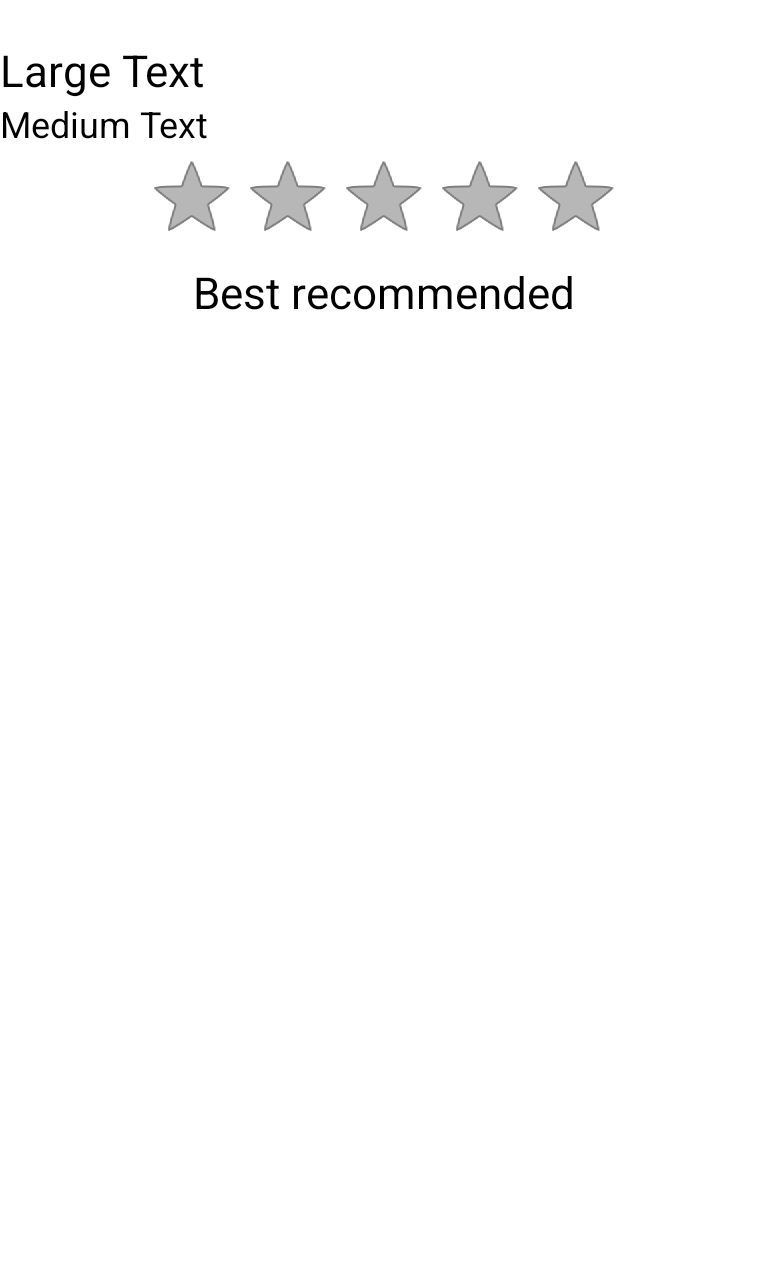
Repository: yash256/atnt
Layout: Farmdroid/res/layout/market_details.xml
An editor plug-in stored every save of this project. The layout is shown before and after the next save, followed by the edit.
It is drawn on a 768 x 1280 px phone screen (xhdpi) without system bars, with theme AppTheme; the app's code is not run. Lists and similar views that code fills are empty.

Above is the layout before, as saved 2014-11-10 04:51:26.

After the next save:
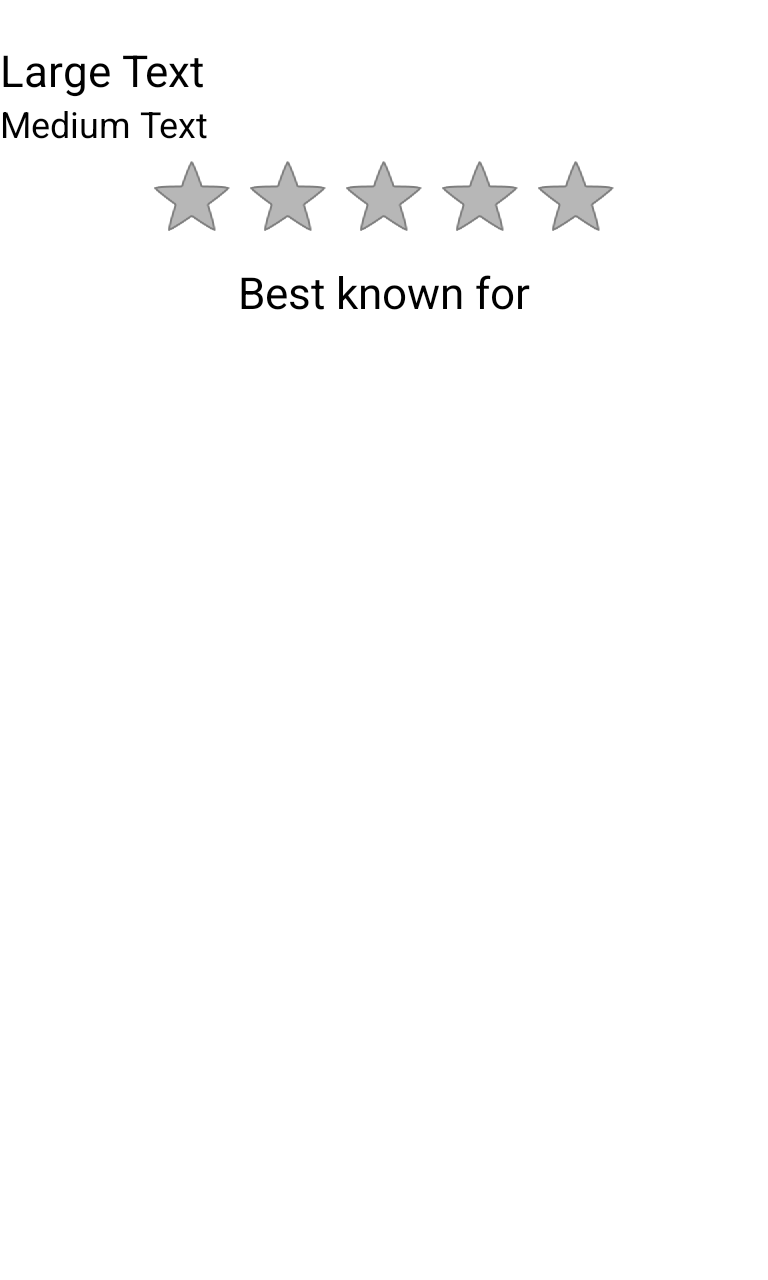
Saved 40 s later.
--- a/Farmdroid/res/values/strings.xml
+++ b/Farmdroid/res/values/strings.xml
@@ -8,6 +8,6 @@
     <string name="rating">Rating</string>
     <string name="review_text">review text</string>
     <string name="title_activity_main">MainActivity</string>
-    <string name="top_items_header_text">Best recommended</string>
+    <string name="top_items_header_text">Best known for</string>
 
 </resources>
